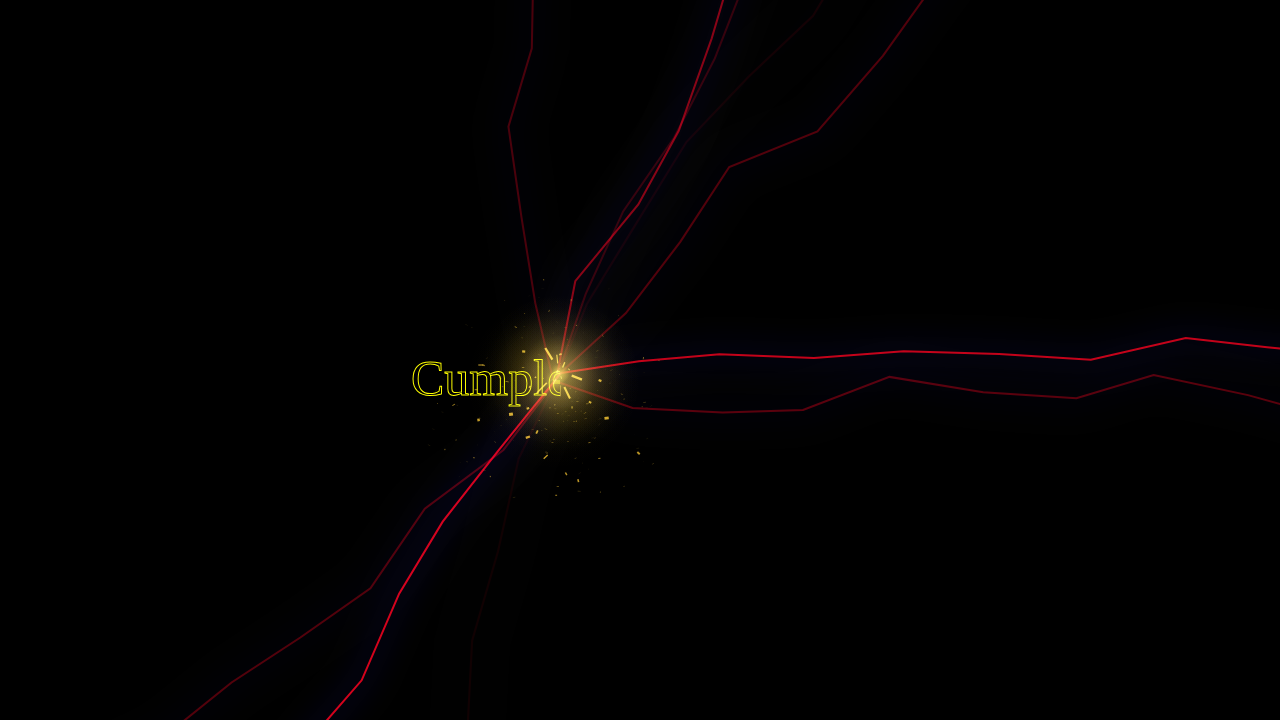
Repository: hosoya08/Raiki
Page: main.html
These files come from the project's save history. The page is drawn as it stood at one moment and after the next save; the edit follows.
The browser window is 1280 px wide. The pictures show the whole page.
Some web fonts or font styles are not loaded; a fallback is used.

Above is the page before, as saved 2025-03-25 23:58:43.

### main.html
<!DOCTYPE html>
<html lang="en">
<head>
    <meta charset="UTF-8">
    <meta name="viewport" content="width=device-width, initial-scale=1.0">
    <title>test</title>
    <link rel="stylesheet" href="main.css">
</head>
<body>

    <div class="page page-thunder-to-text">
        <input id="input" type="text" maxlength="24" placeholder="raiki" style="display:none;">
        <canvas id="canvas"></canvas>
    </div>

    <script src="script.js"></script>
</body>
</html>

### main.css
@import url("https://fonts.googleapis.com/css?family=Voltaire");
html,
body {
  background: #333;
  margin: 0;
  height: 100%;
  overflow: hidden;
}

#textFill {
  animation: alphaRandom 1s linear infinite;
}

#textGlow {
  animation: alphaRandom2 1s linear infinite;
}

@keyframes alphaRandom {
  0% {
    opacity: 0.8219337334;
  }
  10% {
    opacity: 0.9826474012;
  }
  20% {
    opacity: 0.8784141065;
  }
  30% {
    opacity: 0.7149556183;
  }
  40% {
    opacity: 0.9556301227;
  }
  50% {
    opacity: 0.7870307307;
  }
  60% {
    opacity: 0.8868483326;
  }
  70% {
    opacity: 0.9359252135;
  }
  80% {
    opacity: 0.7186274177;
  }
  90% {
    opacity: 0.9327301979;
  }
  100% {
    opacity: 0.837924936;
  }
}
@keyframes alphaRandom2 {
  0% {
    opacity: 0.7549817306;
  }
  10% {
    opacity: 0.7824141662;
  }
  20% {
    opacity: 0.7585337883;
  }
  30% {
    opacity: 0.7542422182;
  }
  40% {
    opacity: 0.7956797351;
  }
  50% {
    opacity: 0.8821569643;
  }
  60% {
    opacity: 0.9860754458;
  }
  70% {
    opacity: 0.9238546186;
  }
  80% {
    opacity: 0.99889331;
  }
  90% {
    opacity: 0.9833467613;
  }
  100% {
    opacity: 0.9734773483;
  }
}
.page-thunder-to-text {
  position: relative;
  overflow: hidden;
}
.page-thunder-to-text canvas {
  display: block;
}
.page-thunder-to-text input {
  position: absolute;
  bottom: 50px;
  left: 0;
  right: 0;
  display: block;
  outline: none;
  background-color: rgba(38, 50, 56, 0.2);
  color: #ffffff;
  border: none;
  width: 50%;
  min-width: 500px;
  max-width: 100%;
  margin: auto;
  height: 60px;
  line-height: 60px;
  font-size: 40px;
  padding: 0 20px;
}
.page-thunder-to-text input:hover, .page-thunder-to-text input:focus {
  border: 1px solid rgba(38, 50, 56, 0.6);
}
.page-thunder-to-text input::-webkit-input-placeholder {
  color: rgba(255, 255, 255, 0.1);
}/*# sourceMappingURL=main_20250325233303.css.map */

### script.js
let canvas, ctx, w, h, thunder, text, particles, input

function Thunder(options) {
  options = options || {}
  this.lifespan = options.lifespan || Math.round(Math.random() * 10 + 10)
  this.maxlife = this.lifespan
  this.color = options.color || "#e60012"
  this.glow = options.glow || "#2323fe"
  this.x = options.x || Math.random() * w
  this.y = options.y || Math.random() * h
  this.width = options.width || 2
  this.direct = options.direct || Math.random() * Math.PI * 2
  this.max = options.max || Math.round(Math.random() * 10 + 20)
  this.segments = [...new Array(this.max)].map(() => {
    return {
      direct: this.direct + (Math.PI * Math.random() * 0.2 - 0.1),
      length: Math.random() * 20 + 80,
      change: Math.random() * 0.04 - 0.02,
    }
  })

  this.update = function (index, array) {
    this.segments.forEach((s) => {
      ;(s.direct += s.change) && Math.random() > 1 && (s.change *= -1)
    })
    ;(this.lifespan > 0 && this.lifespan--) || this.remove(index, array)
  }

  this.render = function (ctx) {
    if (this.lifespan <= 0) return
    ctx.beginPath()
    ctx.globalAlpha = this.lifespan / this.maxlife
    ctx.strokeStyle = this.color
    ctx.lineWidth = this.width
    ctx.shadowBlur = 32
    ctx.shadowColor = this.glow
    ctx.moveTo(this.x, this.y)
    let prev = { x: this.x, y: this.y }
    this.segments.forEach((s) => {
      const x = prev.x + Math.cos(s.direct) * s.length
      const y = prev.y + Math.sin(s.direct) * s.length
      prev = { x: x, y: y }
      ctx.lineTo(x, y)
    })
    ctx.stroke()
    ctx.closePath()
    ctx.shadowBlur = 0
    const strength = Math.random() * 80 + 40
    const light = ctx.createRadialGradient(this.x, this.y, 0, this.x, this.y, strength)
    light.addColorStop(0, "rgba(250, 200, 50, 0.6)")
    light.addColorStop(0.1, "rgba(250, 200, 50, 0.2)")
    light.addColorStop(0.4, "rgba(250, 200, 50, 0.06)")
    light.addColorStop(0.65, "rgba(250, 200, 50, 0.01)")
    light.addColorStop(0.8, "rgba(250, 200, 50, 0)")
    ctx.beginPath()
    ctx.fillStyle = light
    ctx.arc(this.x, this.y, strength, 0, Math.PI * 2)
    ctx.fill()
    ctx.closePath()
  }

  this.remove = function (index, array) {
    array.splice(index, 1)
  }
}

function Spark(options) {
  options = options || {}
  this.x = options.x || w * 0.5
  this.y = options.y || h * 0.5
  this.v = options.v || { direct: Math.random() * Math.PI * 2, weight: Math.random() * 14 + 2, friction: 0.88 }
  this.a = options.a || { change: Math.random() * 0.4 - 0.2, min: this.v.direct - Math.PI * 0.4, max: this.v.direct + Math.PI * 0.4 }
  this.g = options.g || { direct: Math.PI * 0.5 + (Math.random() * 0.4 - 0.2), weight: Math.random() * 0.25 + 0.25 }
  this.width = options.width || Math.random() * 3
  this.lifespan = options.lifespan || Math.round(Math.random() * 20 + 40)
  this.maxlife = this.lifespan
  this.color = options.color || "#feca32"
  this.prev = { x: this.x, y: this.y }

  this.update = function (index, array) {
    this.prev = { x: this.x, y: this.y }
    this.x += Math.cos(this.v.direct) * this.v.weight
    this.x += Math.cos(this.g.direct) * this.g.weight
    this.y += Math.sin(this.v.direct) * this.v.weight
    this.y += Math.sin(this.g.direct) * this.g.weight
    this.v.weight > 0.2 && (this.v.weight *= this.v.friction)
    this.v.direct += this.a.change
    ;(this.v.direct > this.a.max || this.v.direct < this.a.min) && (this.a.change *= -1)
    this.lifespan > 0 && this.lifespan--
    this.lifespan <= 0 && this.remove(index, array)
  }

  this.render = function (ctx) {
    if (this.lifespan <= 0) return
    ctx.beginPath()
    ctx.globalAlpha = this.lifespan / this.maxlife
    ctx.strokeStyle = this.color
    ctx.lineWidth = this.width
    ctx.moveTo(this.x, this.y)
    ctx.lineTo(this.prev.x, this.prev.y)
    ctx.stroke()
    ctx.closePath()
  }

  this.remove = function (index, array) {
    array.splice(index, 1)
  }
}

function Particles(options) {
  options = options || {}
  this.max = options.max || Math.round(Math.random() * 10 + 10)
  this.sparks = [...new Array(this.max)].map(() => new Spark(options))

  this.update = function () {
    this.sparks.forEach((s, i) => s.update(i, this.sparks))
  }

  this.render = function (ctx) {
    this.sparks.forEach((s) => s.render(ctx))
  }
}

function Text(options) {
  options = options || {}
  const pool = document.createElement("canvas")
  const buffer = pool.getContext("2d")
  pool.width = w
  buffer.fillStyle = "#000000"
  buffer.fillRect(0, 0, pool.width, pool.height)

  this.size = options.size || 50
  this.copy = (options.copy || `Hello!`) + " "
  this.color = options.color || "#ffff00"
  this.delay = options.delay || 2
  this.basedelay = this.delay
  buffer.font = `${this.size}px Comic Sans MS`
  this.bound = buffer.measureText(this.copy)
  this.bound.height = this.size * 1.5
  this.x = options.x || w * 0.5 - this.bound.width * 0.5
  this.y = options.y || h * 0.5 - this.size * 0.5

  buffer.strokeStyle = this.color
  buffer.strokeText(this.copy, 0, this.bound.height * 0.8)
  this.data = buffer.getImageData(0, 0, this.bound.width, this.bound.height)
  this.index = 0

  this.update = function () {
    if (this.index >= this.bound.width) return;
    const data = this.data.data
    for (let i = this.index * 4; i < data.length; i += 4 * this.data.width) {
      const bitmap = data[i] + data[i + 1] + data[i + 2] + data[i + 3]
      if (bitmap > 255 && Math.random() > 0.96) {
        const x = this.x + this.index
        const y = this.y + i / this.bound.width / 4
        thunder.push(
          new Thunder({
            x: x,
            y: y,
          })
        )
        Math.random() > 0.5 &&
          particles.push(
            new Particles({
              x: x,
              y: y,
            })
          )
      }
    }
    if (this.delay-- < 0) {
      this.index++
      this.delay += this.basedelay
    }
  }

  this.render = function (ctx) {
    ctx.putImageData(this.data, this.x, this.y, 0, 0, this.index, this.bound.height)
  }
}

function loop() {
  update()
  render()
 // すべての文字が表示され、雷と火花も消滅したらループ終了
 const textFinished = text.index >= text.bound.width;
 const animationFinished = thunder.length === 0 && particles.length === 0;

 if (!textFinished || !animationFinished) {
     requestAnimationFrame(loop);
 } else {
     console.log('アニメーション完了');
 }
}

function update() {
  text.update()
  thunder.forEach((l, i) => l.update(i, thunder)) // 雷の演出（繰り返し処理
  particles.forEach((p) => p.update()) //火花の演出（繰り返し処理
}

function render() {
  ctx.globalCompositeOperation = "source-over"
  ctx.globalAlpha = 1
  ctx.fillStyle = "#000000"
  ctx.fillRect(0, 0, w, h)
  //
  ctx.globalCompositeOperation = "screen"
  text.render(ctx)
  thunder.forEach((l) => l.render(ctx))
  particles.forEach((p) => p.render(ctx))
}

;(function () {
  //
  canvas = document.getElementById("canvas")
  input = document.getElementById("input")
  ctx = canvas.getContext("2d")
  w = window.innerWidth
  h = window.innerHeight
  canvas.width = w
  canvas.height = h
  thunder = []
  particles = []
  //
  text = new Text({
    copy: "Cumpleaño de Raiki!!",
  })

  canvas.addEventListener("click", (e) => {
    const x = e.clientX
    const y = e.clientY
    thunder.push(
      new Thunder({
        x: x,
        y: y,
      })
    )
    particles.push(
      new Particles({
        x: x,
        y: y,
      })
    )
  })
  let cb = 0
  input.addEventListener("keyup", (e) => {
    clearTimeout(cb)
    cb = setTimeout(() => {
      text = new Text({
        copy: input.value,
      })
    }, 300)
  })
  //
  loop()
})()

After the next save:
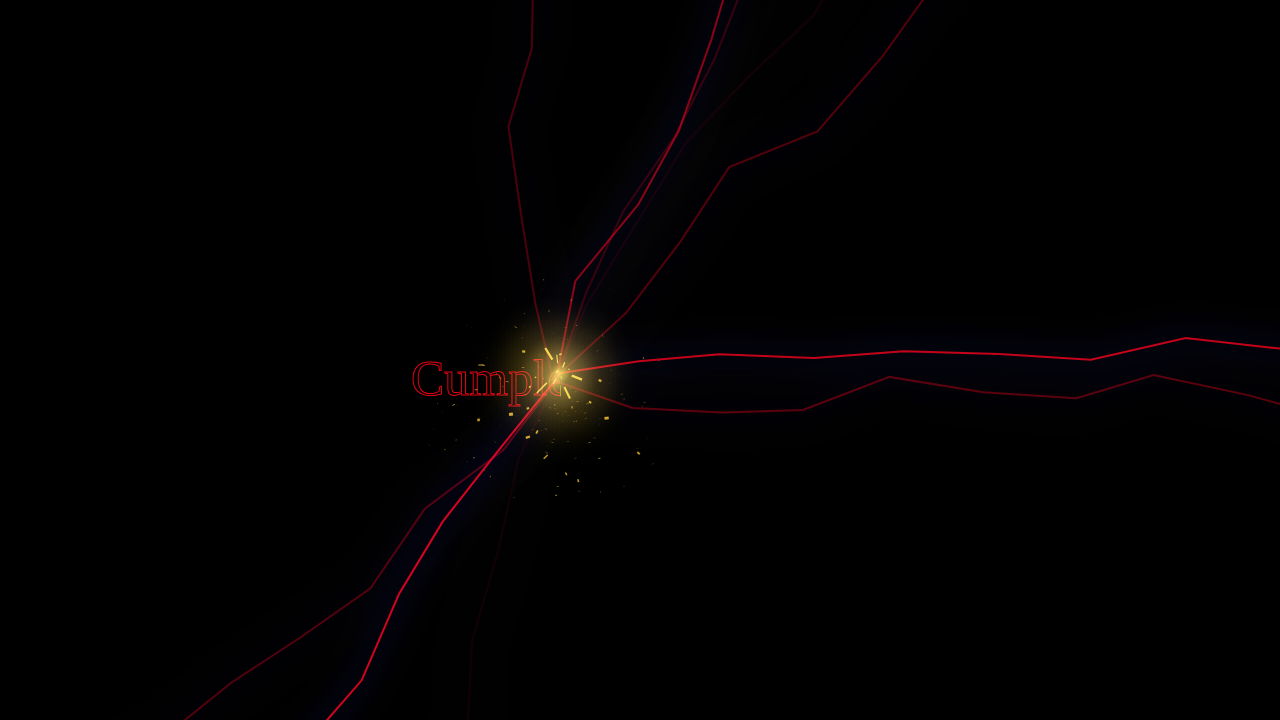
Saved 37 s later.
--- a/script.js
+++ b/script.js
@@ -131,7 +131,7 @@ function Text(options) {
 
   this.size = options.size || 50
   this.copy = (options.copy || `Hello!`) + " "
-  this.color = options.color || "#ffff00"
+  this.color = options.color || "#e60012" //文字の色
   this.delay = options.delay || 2
   this.basedelay = this.delay
   buffer.font = `${this.size}px Comic Sans MS`
